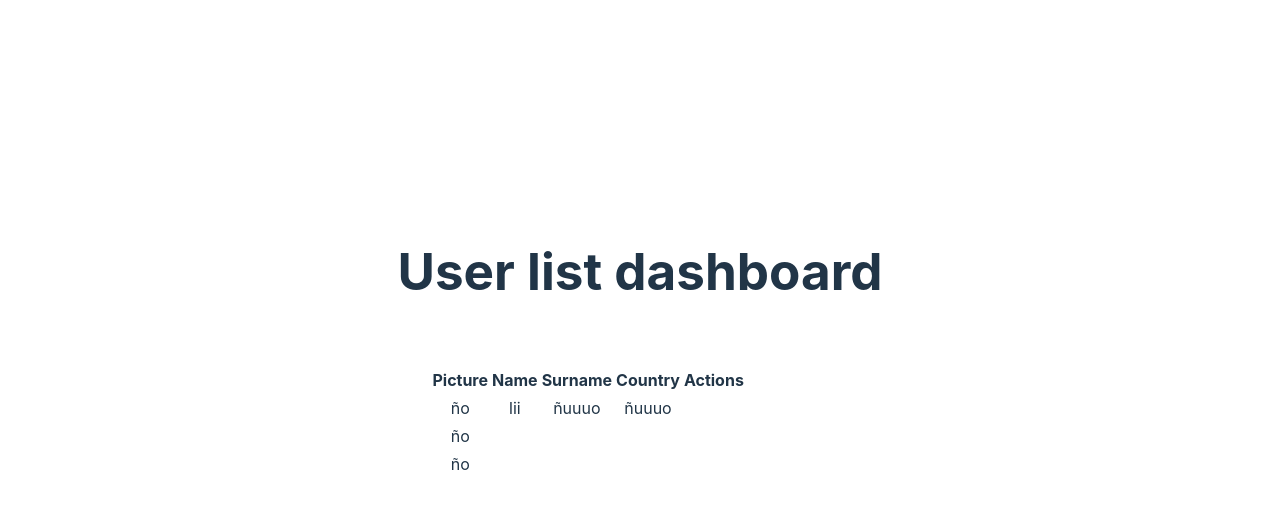
Repository: atzin-escandia/react-typescript-users-dashboard
Page: /
The author's editor kept a copy of each file at every save. The page is drawn from the files as they stood at one save, then again after the next save.
The browser window is 1280 px wide. The pictures show the whole page.
The page's requests for data from a server got no answer. The project was rebuilt for these pictures with package versions that can differ from the ones it lists, and the page was loaded fresh each time. No one was signed in, and anything a server would have sent is missing. Also part of the build but not shown: vite.config.ts.

Above is the page before, as saved 2023-10-08 21:06:47.

After the next save:
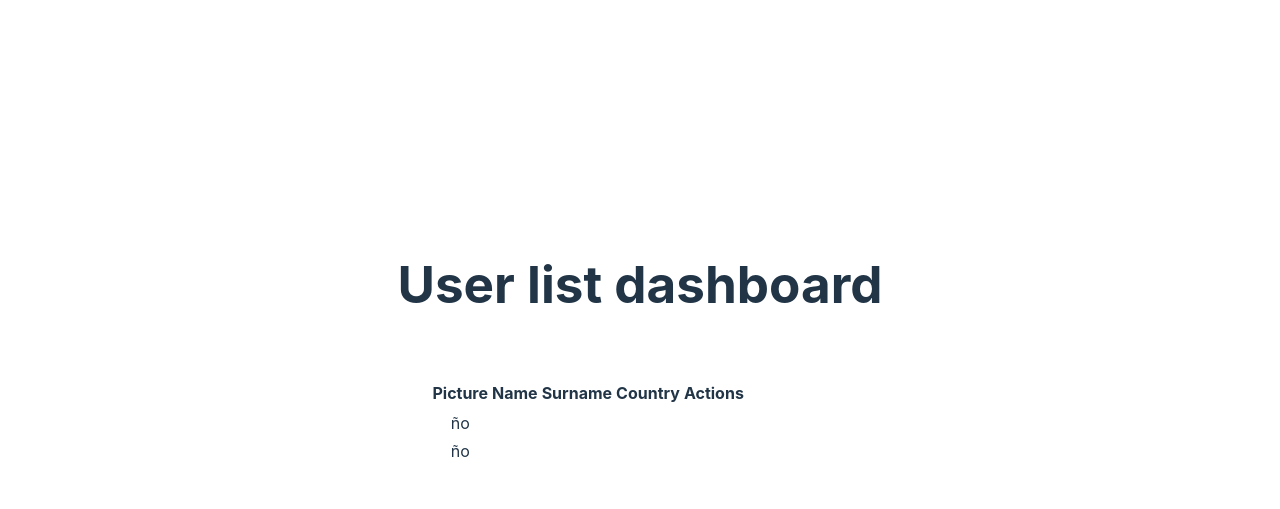
Saved 9 s later.
--- a/src/components/UsersList.tsx
+++ b/src/components/UsersList.tsx
@@ -9,12 +9,7 @@
             <th>{title}</th>
           ))}
         </tr>
-        <tr>
-          <td>ño</td>
-          <td>lii</td>
-          <td>ñuuuo</td>
-          <td>ñuuuo</td>
-        </tr>
+        <tr></tr>
         <tr>
           <td>ño</td>
         </tr>
